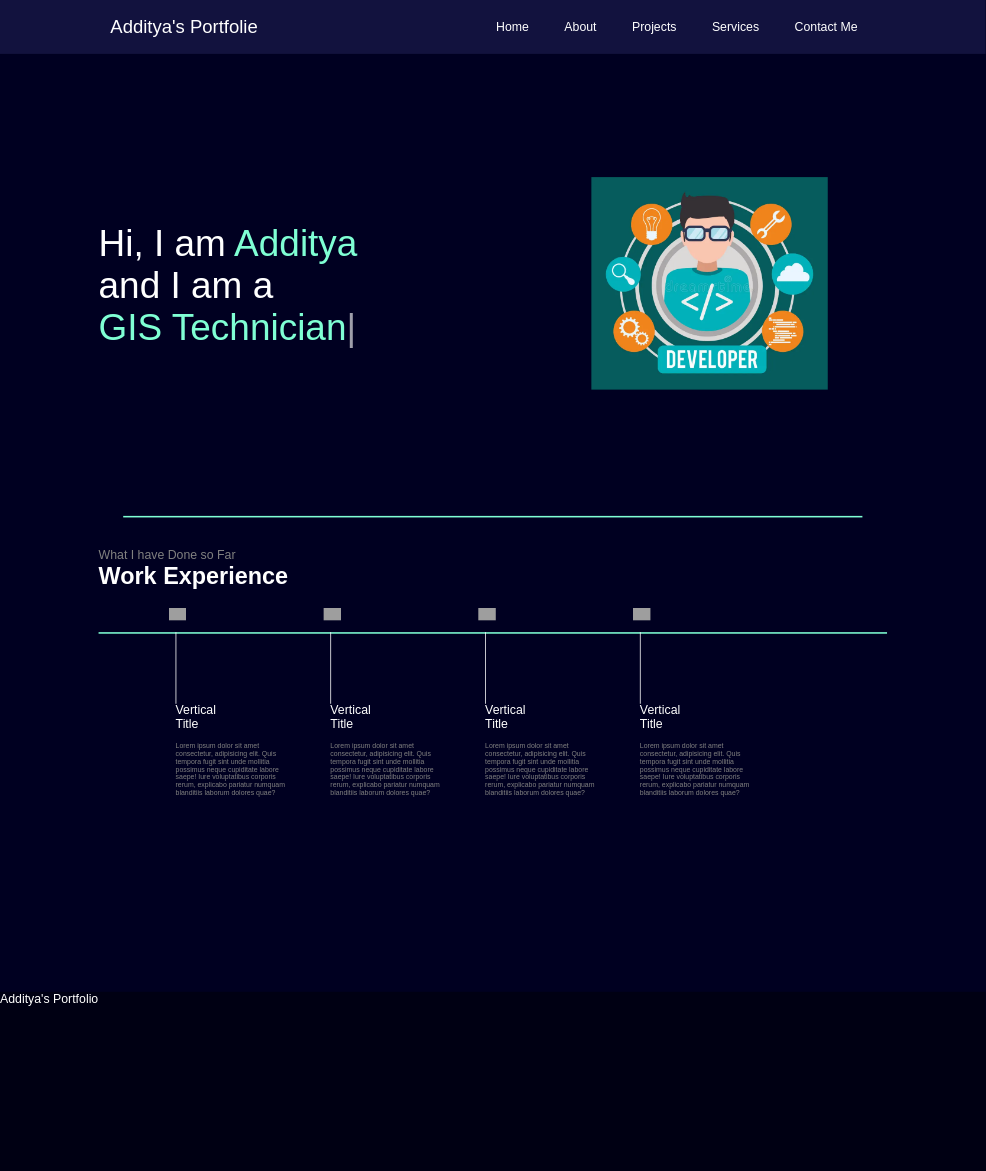
Repository: VictoriousMango/Portfolio
Page: index.html
An editor plug-in stored every save of this project. The page is shown before and after the next save, followed by the edit.
The browser window is 1280 px wide. The pictures show the whole page, at 77% of full size.
Pictures or frames that could not be fetched are drawn as grey boxes.

Above is the page before, as saved 2023-08-27 12:14:44.

After the next save:
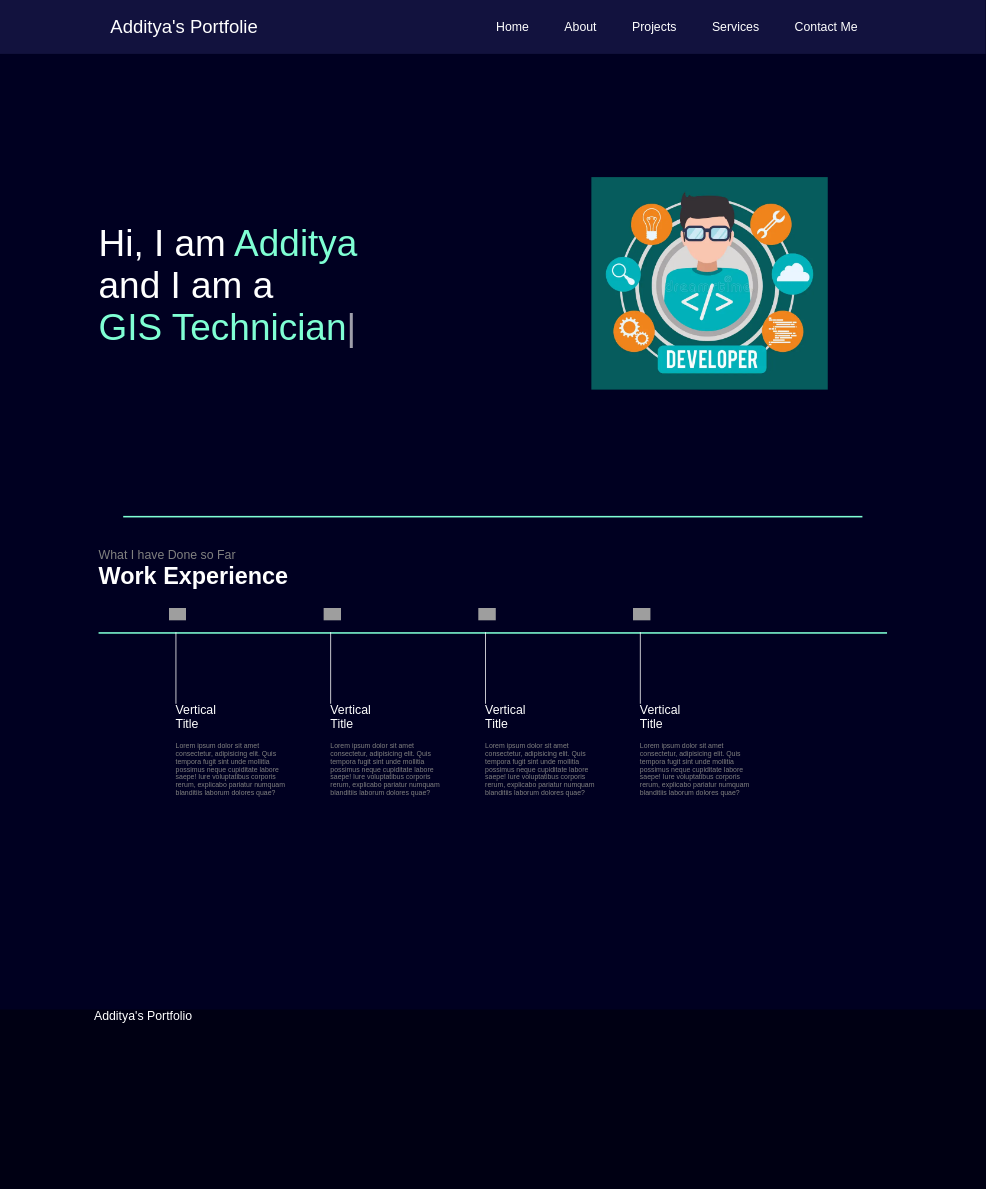
Saved 76 s later.
--- a/index.html
+++ b/index.html
@@ -145,6 +145,7 @@
         }
         .footer{
             display: flex;
+            margin: 23px 122px;
         }
         #element {
             color: aquamarine;
